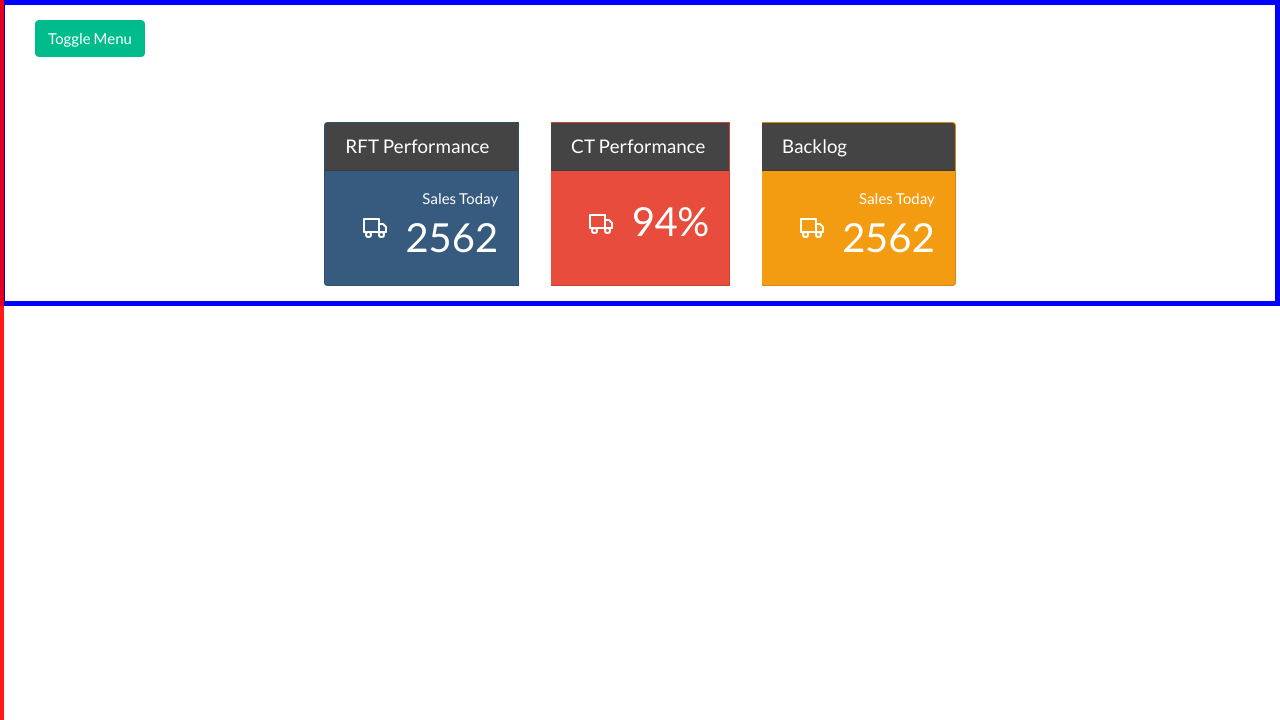
Repository: valenovi76/Delivery-Dashboard
Page: Index.html
The author's editor kept a record of every edit. The page is drawn from the files as they stood at one moment, then again after the next edit.
The browser window is 1280 px wide. The pictures show the whole page.
Some web libraries are served in a nearby version.

Above is the page before.
Console error: TypeError: Cannot read properties of null (reading 'textContent')

After the next edit:
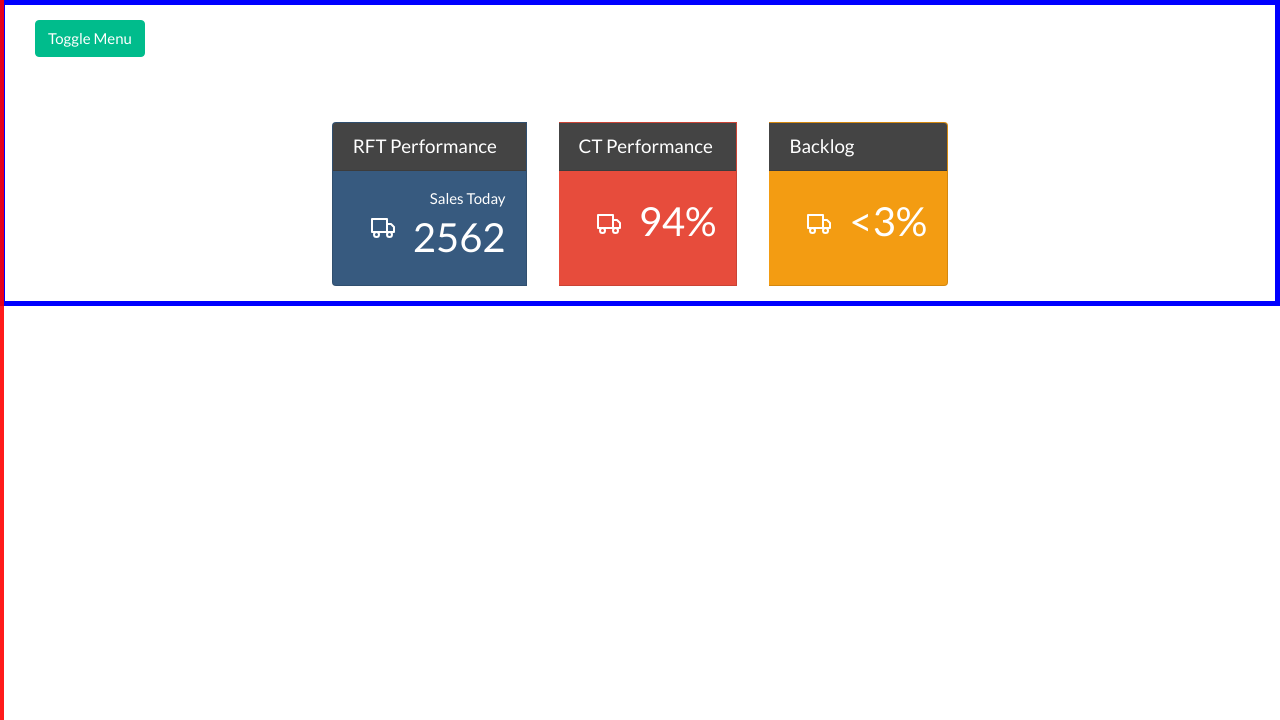
The edit:
--- a/Index.html
+++ b/Index.html
@@ -88,8 +88,7 @@
                     														</div>
                     													</div>
                     													<div class="col-8 align-self-center text-right">
-                    														<p class="text-white mb-1">Sales Today</p>
-                    														<h2 class="text-white">2562</h2>
+                    														<h2 class="text-white"> <3% </h2>
                     													</div>
                     												</div>
                     											</div>
